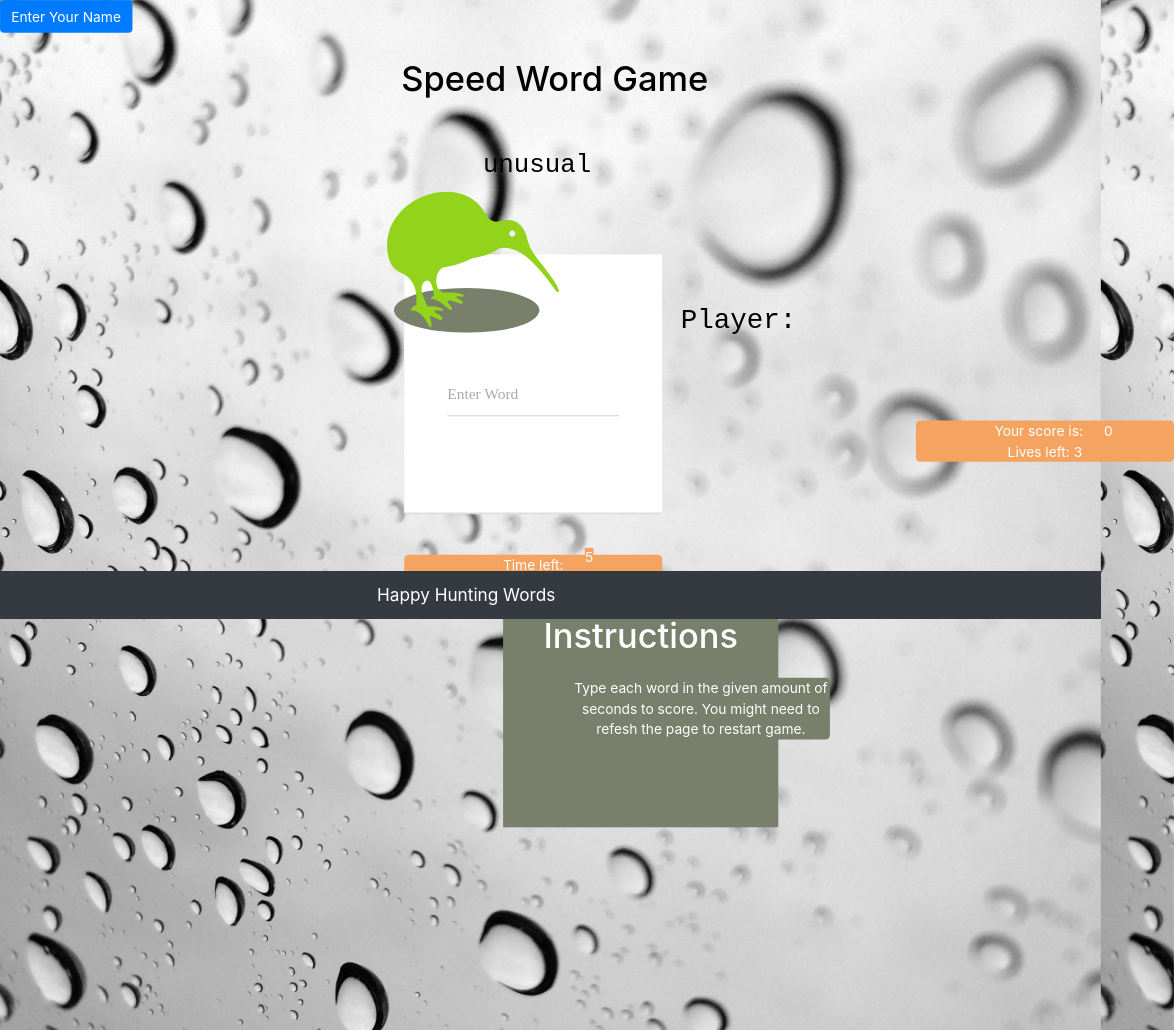
Repository: konstantin0s/word-game-project
Page: index.html
An editor plug-in stored every save of this project. The page is shown before and after the next save, followed by the edit.
The browser window is 1280 px wide. The page is 1365 px wide, so the pictures cover 1365 px, including what lies to the right of the window. The pictures show the whole page, at 86% of full size.
Backgrounds fixed to the window are drawn as part of the page. Some web libraries are served in a nearby version.

Above is the page before, as saved 2019-02-12 15:48:31.
Console error: ReferenceError: loadSound is not defined

After the next save:
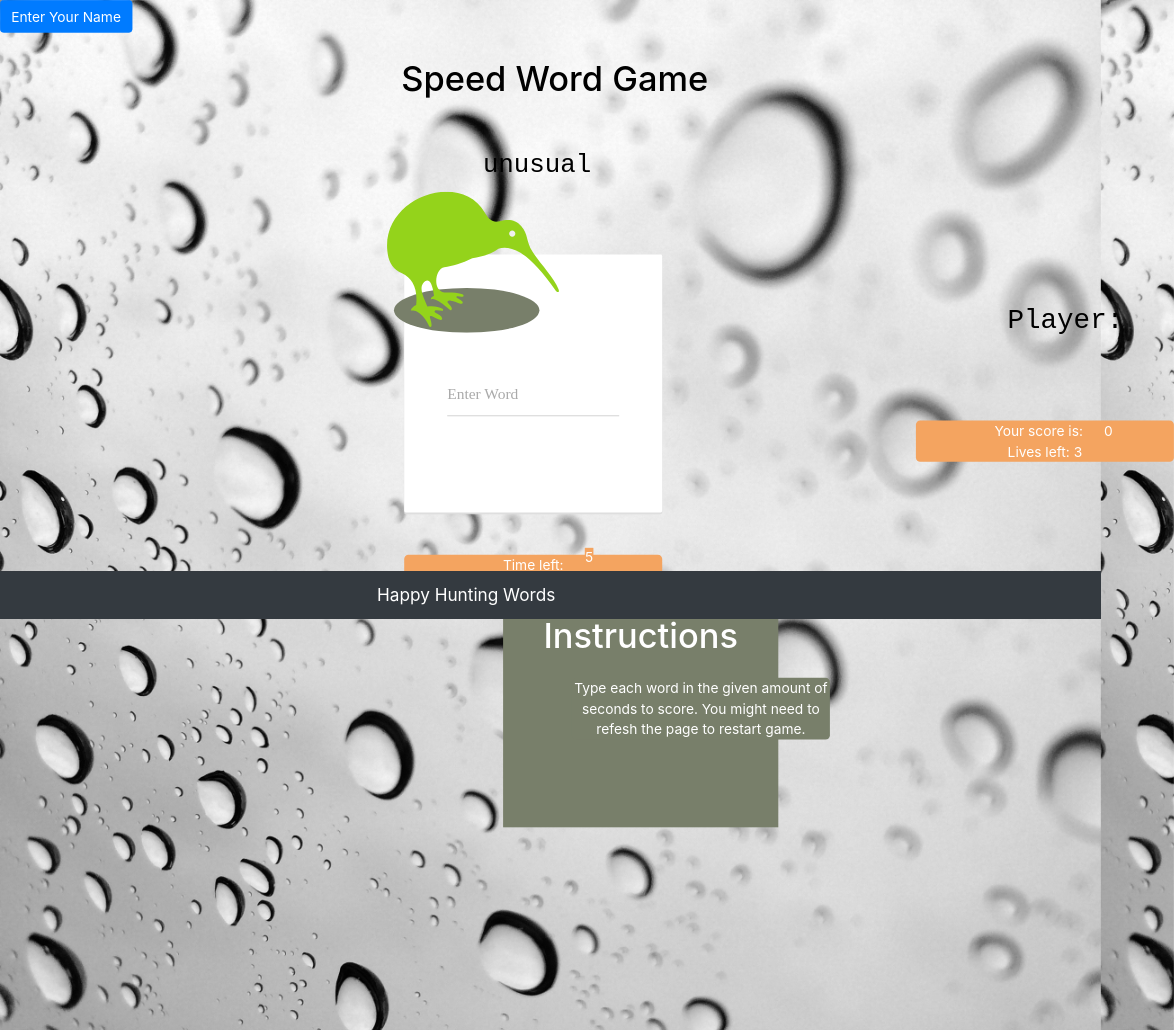
Saved 30 s later.
--- a/css/style.css
+++ b/css/style.css
@@ -310,7 +310,8 @@
 
 h1,h2 {
 	margin:0;
-	padding:4px;
+  padding:4px;
+  left: 30px;
 }
 
 code {

After the save that followed:
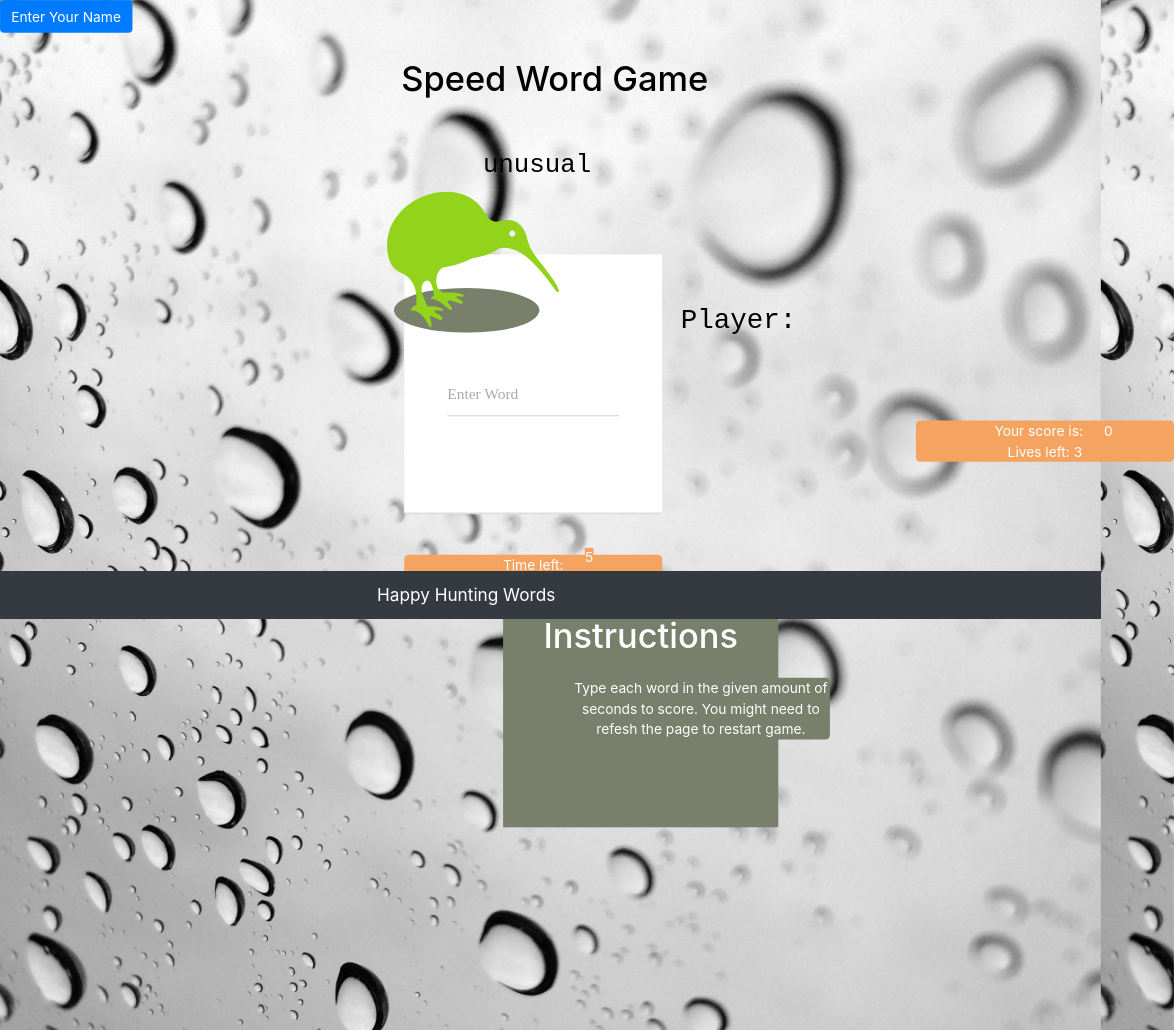
Saved 6 s later.
--- a/css/style.css
+++ b/css/style.css
@@ -311,7 +311,6 @@
 h1,h2 {
 	margin:0;
   padding:4px;
-  left: 30px;
 }
 
 code {
